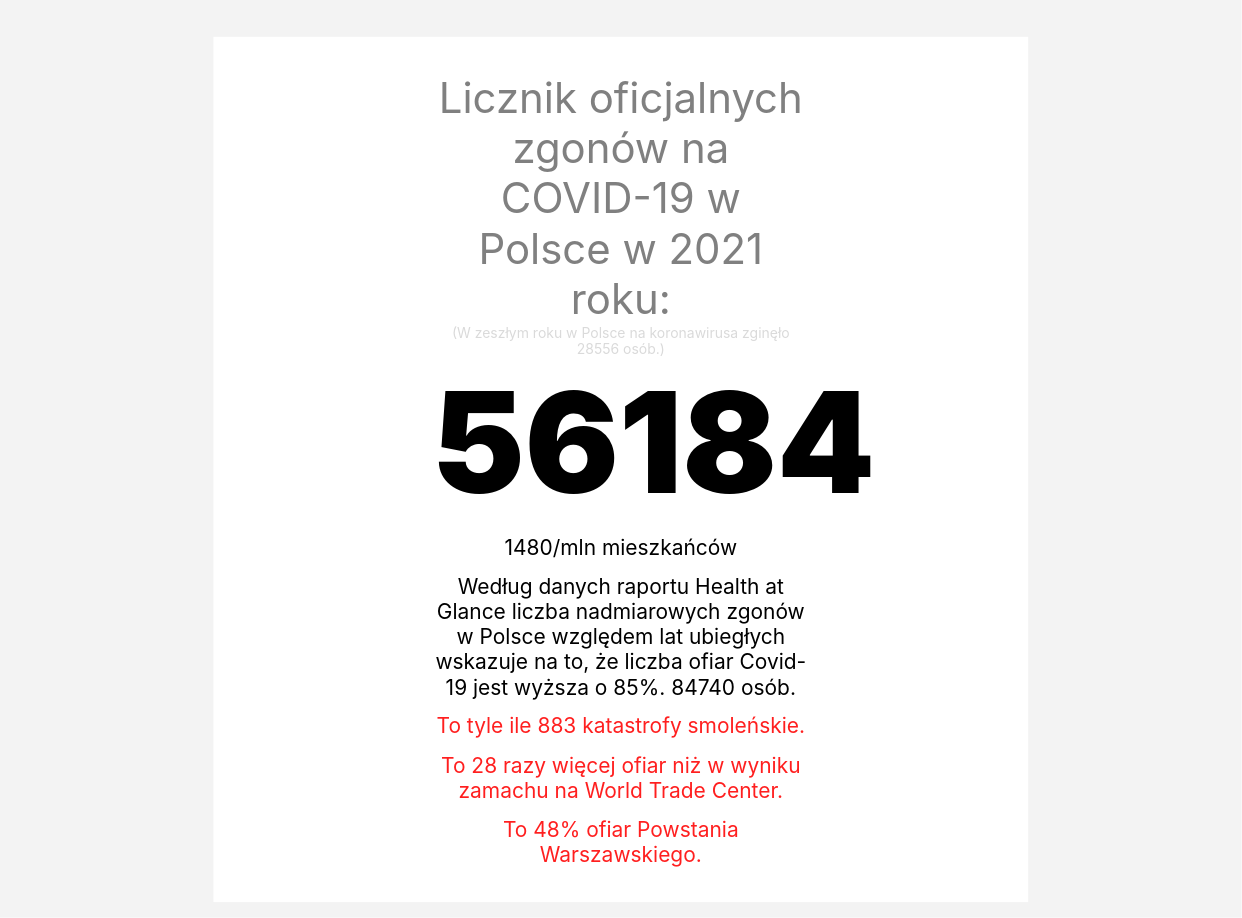
Repository: michalgornicki/poland-covid
Page: /
An editor plug-in stored every save of this project. The page is shown before and after a run of saves, followed by the edit.
The browser window is 1280 px wide. The pictures show the whole page, at 97% of full size.
The project was rebuilt for these pictures with package versions that can differ from the ones it lists, and the page was loaded fresh each time.

Above is the page before, as saved 2021-12-04 21:09:56.

After the next 3 saves:
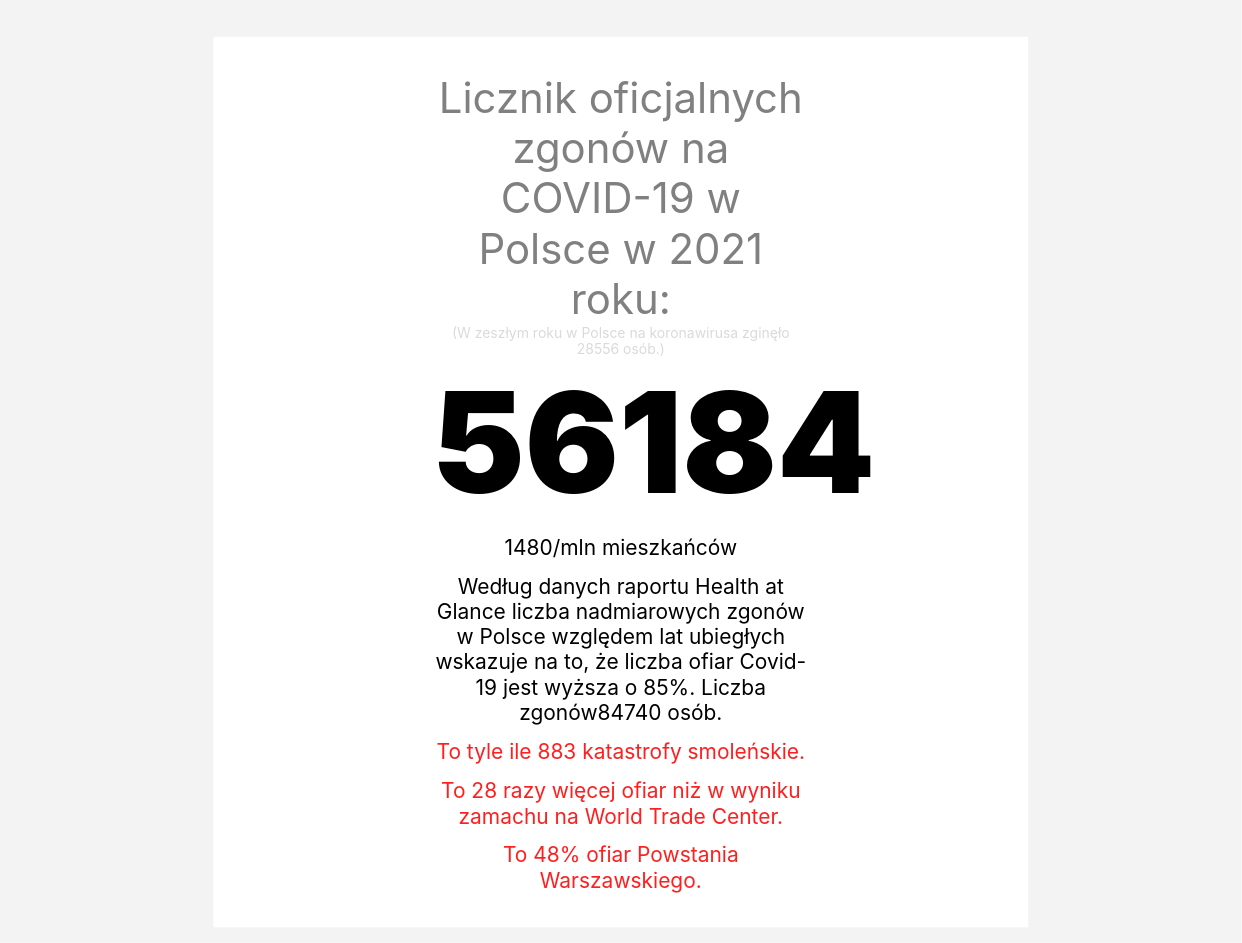
The 3 saves are shown as one change because they came seconds apart.
The last was saved 9 s later.
--- a/src/App.jsx
+++ b/src/App.jsx
@@ -22,7 +22,7 @@ function App() {
     document.getElementsByClassName("counter-3")[0].innerHTML =
       "Łącznie na Covid-19 zginęło w Polsce już " + (deaths + 28556) + " osób.";
       document.getElementsByClassName("counter-3")[0].innerHTML =
-      "Według danych raportu Health at Glance liczba nadmiarowych zgonów w Polsce względem lat ubiegłych wskazuje na to, że liczba ofiar Covid-19 jest wyższa o 85%. " + (deaths + 28556) + " osób.";
+      "Według danych raportu Health at Glance liczba nadmiarowych zgonów w Polsce względem lat ubiegłych wskazuje na to, że liczba ofiar Covid-19 jest wyższa o 85%. Liczba zgonów" + (deaths + 28556) + " osób.";
     document.getElementsByClassName("counter-4")[0].innerHTML =
       "To tyle ile " + smolensk + " katastrofy smoleńskie.";
       document.getElementsByClassName("counter-4")[1].innerHTML =
